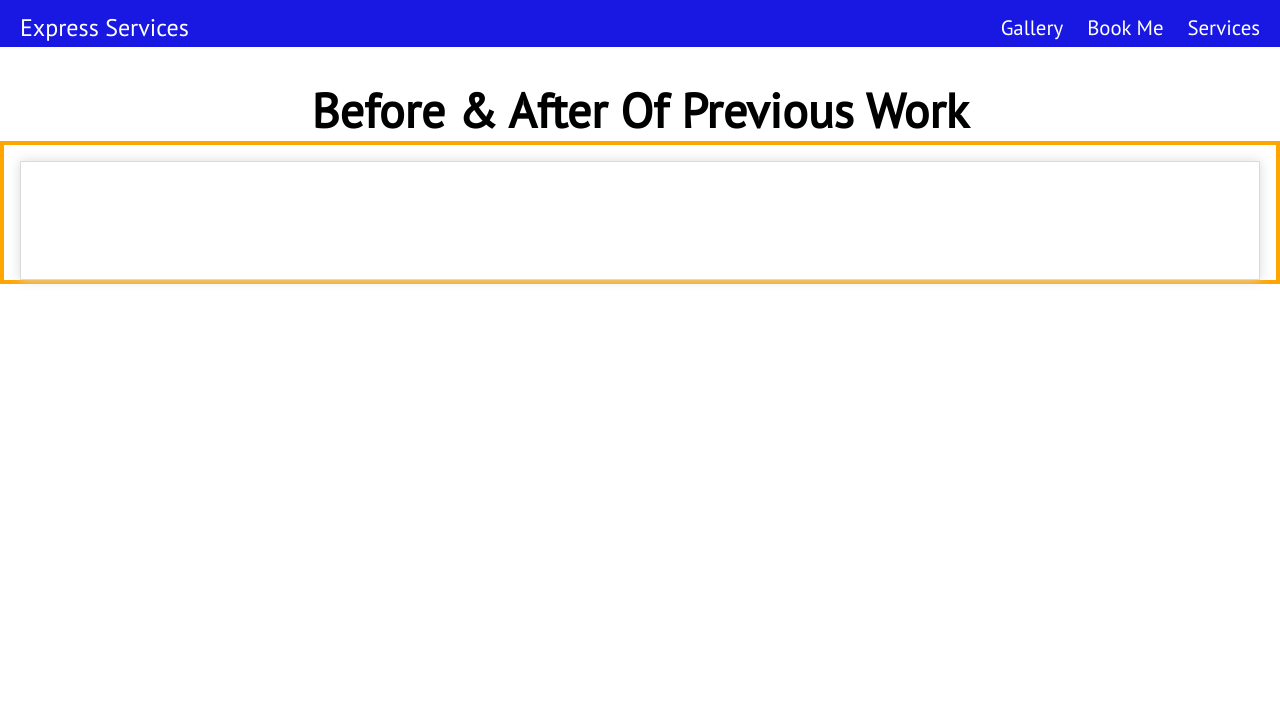
Repository: DrummerDee/mir-miami
Page: /Gallery (app in mr-miami/)
The author's editor kept a copy of each file at every save. The page is drawn from the files as they stood at one save, then again after the next save.
The browser window is 1280 px wide. The pictures show the whole page.
The project was rebuilt for these pictures with package versions that can differ from the ones it lists, and the page was loaded fresh each time. Also part of the build but not shown: mr-miami/src/Components/Services.js, mr-miami/src/Components/Homepage.js, mr-miami/src/Styles/Calendar.css, mr-miami/src/Components/Times.js, mr-miami/src/Components/Time.js, mr-miami/src/Components/BookMe.js.

Above is the page before, as saved 2022-09-09 13:20:19.

### mr-miami/public/index.html
<!DOCTYPE html>
<html lang="en">
  <head>
    <meta charset="utf-8" />
    <link rel="icon" href="%PUBLIC_URL%/favicon.ico" />
    <meta name="viewport" content="width=device-width, initial-scale=1" />
    <meta name="theme-color" content="#000000" />
    <meta
      name="description"
      content="Web site created using create-react-app"
    />
    <link rel="apple-touch-icon" href="%PUBLIC_URL%/logo192.png" />
    <!--
      manifest.json provides metadata used when your web app is installed on a
      user's mobile device or desktop. See https://developers.google.com/web/fundamentals/web-app-manifest/
    -->
    <link rel="manifest" href="%PUBLIC_URL%/manifest.json" />
    <!--
      Notice the use of %PUBLIC_URL% in the tags above.
      It will be replaced with the URL of the `public` folder during the build.
      Only files inside the `public` folder can be referenced from the HTML.

      Unlike "/favicon.ico" or "favicon.ico", "%PUBLIC_URL%/favicon.ico" will
      work correctly both with client-side routing and a non-root public URL.
      Learn how to configure a non-root public URL by running `npm run build`.
    -->
    <title>Exotic Express Services</title>
  </head>
  <body>
    <noscript>You need to enable JavaScript to run this app.</noscript>
    <div id="root"></div>
    <!--
      This HTML file is a template.
      If you open it directly in the browser, you will see an empty page.

      You can add webfonts, meta tags, or analytics to this file.
      The build step will place the bundled scripts into the <body> tag.

      To begin the development, run `npm start` or `yarn start`.
      To create a production bundle, use `npm run build` or `yarn build`.
    -->
  </body>
</html>

### mr-miami/src/App.js
import './Styles/App.css';
import { BrowserRouter as Router, Routes, Route } from "react-router-dom";
import Navbar from "./Components/Navbar";
import Services from "./Components/Services";
import Homepage from "./Components/Homepage";
import Gallery from "./Components/Gallery";
import BookMe from "./Components/BookMe";




function App() {
  return (
    <Router>
      <Navbar />
      <Routes>
        <Route path="/" element={<Homepage />} />
        <Route path="/Gallery" element={<Gallery />} />
        <Route path="/Services" element={<Services />} />
        <Route path="/BookMe" element={<BookMe />} />
      </Routes>
    </Router>
  );
}

export default App;

### mr-miami/src/Styles/App.css
@import url('https://fonts.googleapis.com/css2?family=IBM+Plex+Sans:wght@300&family=PT+Sans&display=swap');
* {
  box-sizing: border-box;
  margin: 0;
  padding: 0;
  font-family: 'PT Sans','IBM Plex Sans', sans-serif;
}

/* Gallery Page */
.gallery__body > h1 {
  font-size: 3rem;
  text-align: center;
  margin-top: 2rem;
}

.wrapper {
  display: flex;
  justify-content: center;
  align-items: center;
  border: 0.3rem solid orange;
  h
}
.container{
  width: 90%;
  display: grid;
  grid-template-columns: repeat(auto-fit, 25rem, 1fr);
  grid-gap: 4rem;
}
.frame {
  display: flex;
  border-radius: 0.3rem;
  position: relative;
  height: 50%;
}
img{
  transition: all linear 0.6s;
  border: 0.2rem solid rgb(199, 198, 198);
}
.bottom{
  position:absolute;
  top: 0;
  opacity: 0;
  left: 0;
}
.frame:hover img{
  opacity: 0;
  cursor: pointer;
}
.frame:hover img.bottom{
  opacity: 1;
}

### mr-miami/src/Components/Navbar.js
import {Link } from 'react-router-dom'; //put this on every single routing page


// This isn't a homepage, just functionality for Navbar in the homepage
const Navbar = () => {
  return (
      <nav className="nav">
        <Link className="Home" to="/"> Express Services </Link>
        <ul>
          <li><Link to="/Gallery">Gallery</Link></li>
          <li><Link to="/BookMe">Book Me</Link></li>
          <li><Link to="/Services">Services</Link></li>
        </ul>
      </nav>
  );
}
export default Navbar;

### mr-miami/src/Components/Gallery.js
import React from "react";
// import { LazyLoadImage } from 'react-lazy-load-image-component';
// import sinkbefore from '../Assets/sinkbefore.jpeg';
// import sinkafter from '../Assets/sinkafter.jpeg';
// import doorbefore from '../Assets/Doorbefore.jpeg';
// import doorafter from '../Assets/Doorafter.jpeg';
// import pavementbefore from '../Assets/pavementbefore.jpeg';
// import pavementafter from '../Assets/pavementafter.jpeg';
// import roofafter from '../Assets/roofafter.jpeg';
// import roofbefore from '../Assets/roofbefore.jpeg';



function Gallery() {
    return (
        <>
            <main className='gallery__body'>
                <h1> Before & After Of Previous Work </h1>
                <section className='wrapper'>
                    <div className="container">
                        <div className='frame'>
                            {/* <LazyLoadImage
                                src={sinkbefore}
                                width={400}
                                height={400}
                                effect='blur'
                                alt='broken sink'
                                className="top"
                            />
                            <LazyLoadImage
                                src={sinkafter}
                                width={400}
                                height={400}
                                effect='blur'
                                alt='broken sink'
                                className="bottom"
                            /> */}
                        </div>
                        <div className='frame'>
                            {/* <LazyLoadImage
                                src={doorbefore}
                                width={400}
                                height={400}
                                effect='blur'
                                alt='broken sink'
                                className="top"
                            />
                            <LazyLoadImage
                                src={doorafter}
                                width={400}
                                height={400}
                                effect='blur'
                                alt='broken sink'
                                className="bottom"
                            /> */}
                        </div>
                        <div className='frame'>
                {/* <LazyLoadImage
                    src={roofbefore}
                    width={400}
                    height={400}
                    effect='blur'
                    alt='broken sink'
                    className="top"
                />
                <LazyLoadImage
                    src={roofafter}
                    width={400}
                    height={400}
                    effect='blur'
                    alt='broken sink'
                    className="bottom"
                /> */}
            </div>
            </div>
                </section>
            </main>

        </>
    );
}










export default Gallery

### mr-miami/src/Styles/Services.css
.servicesBody {
    display: flex;
    justify-content: center;
    align-content: center;
    align-items: center;
    flex-direction: row;
    margin-top: 2rem;
}

.container {
    border: 0.1rem solid rgb(219, 218, 218);
    display: flex;
    width: 95%;
    height: 90%;
    align-items: center;
    justify-content: center;
    box-shadow: 0 0 0.7rem 0 rgb(219, 218, 218);
    color: black;
}
.container > h2 {
    font-size: 1.5rem;
}

#mow {
    overflow: hidden;
    width: 120%;
    height: 100%;
}
.dropdown{
    position: relative;
    display: inline-block;
}
  .dropdown__content {
    display: none;
    text-align: center;
    position: absolute;
    background-color: #ffff;
    width: 13rem;
    height: 15rem;
    box-shadow: 0 0.3rem 1rem 0 rgba(0,0,0,0.2);
    padding: 1.5rem 0.5rem;
    z-index: 1;
  }
  .dropdown:hover .dropdown__content {
    display: block;
    transition: ease 0.3s all;
  }
  .dropdown h2:hover{
    cursor: pointer;
    color: rgb(20, 32, 244);
    border-bottom: 0.3rem solid rgb(219, 218, 218);
  }
  .dropdown__content > ul {
    list-style-type: none;
    font-size: 1.5rem;
    line-height: 2rem;
  }

### mr-miami/src/Styles/Homepage.css
* {
  box-sizing: border-box;
  margin: 0;
  padding: 0;
}

.homeBody {
  position: relative;
  height: 95vh;
  overflow: hidden;
}

.nav {
  background-color: rgb(24, 24, 226);
  color: white;
  display: flex;
  justify-content: space-between;
  align-items: stretch;
  gap: 2rem;
  padding: 0 1rem;
  padding-top: 0.5rem;
  font-size: 1.3rem;
}

.nav ul {
  padding: 0%;
  margin: 0;
  list-style: none;
  display: flex;
  gap: 1rem;
}

.Home {
  font-size: 1.5rem;
}

.nav a {
  display: flex;
  align-items: center;
  color: inherit;
  text-decoration: none;
  height: 100%;
  padding: 0.25rem;
}

.nav li:hover {
  border-top: white 0.2rem solid;
  transition: all 0.3s ease-out;
  padding: 0.25rem;
}

.home {
  display: flex;
  flex-direction: column;
  justify-content: center;
  align-items: center;
}

.homeBody .text {
  background-image: url('../Assets/background.png');
  background-repeat: no-repeat;
  background-size: cover;
  height: 100vh;
  color: white;
  display: flex;
  flex-direction: column;
  align-items: center;
  font-weight: 300;
}

.homeBody .text .homeMainText {
  color: white;
  border-top: 0.4rem solid black;
  border-bottom: 0.4rem solid black;
  font-size: 5rem;
  padding: 0.5rem 0 0.5rem 0;
  margin-top: 6.5rem;
}

.homeBody .text>h3 {
  font-size: 1.2rem;
  padding-top: 2rem;
}

.homeBody .text>h4 {
  font-size: 1.5rem;
  margin: 0;
}

.homeBody .text>p {
  margin-top: 15rem;
  font-size: 1.5rem;
  font-weight: 600;
}

### mr-miami/src/Styles/Times.css
.Modal,
.Overlay {
    width: 100vw;
    height: 100vh;
    top: 0;
    left: 0;
    right: 0;
    bottom: 0;
    position: fixed;
}

.container {
    width: 100%;
    display: flex;
    flex-direction: column;
    height: 72%;
    overflow: hidden;
    gap: 0.5rem;
    padding: 1rem 0 0 1rem;
    margin: 1rem 1rem 0 1rem;
    overflow: auto;
    justify-content: center;

}

.times {
    display: column;
    flex-wrap: wrap;
    width: 45%;
    box-shadow: 0 0.1rem 0.2rem rgb(#888888, 0.3);
    border: 0.3rem dashed yellow;
}

.Overlay {
    background: rgba(49, 49, 49, 0.8);
}

.Content {
    position: absolute;
    top: 50%;
    left: 50%;
    transform: translate(-50%, -50%);
    background: #f1f1f1;
    height: 88%;
    border-radius: 3px;
    border: 0.3rem solid rgba(49, 49, 49, 0.8);
    overflow: hidden;
    display: flex;
    justify-content: center;
}

.Close {
    position: absolute;
    top: 1.5rem;
    right: 1.5rem;
    padding: 0.5rem 0.8rem;
    cursor: pointer;
}

.container > div {
    height: 6%;
    width: 55%;
    display: flex;
    flex-direction: column;
    margin-bottom: 0.4rem;
}
.container > div:first-child{
    margin-top: 4rem;
}
.container > div:last-child{
    margin-bottom: 0.5rem;
}

.container > div > button {
    background-color: rgb(196, 196, 198);
    border-radius: 0.3rem;
    padding: 0.3rem 0.5rem 0.3rem 0.5rem;
    border-radius: 0.4rem;
    display: flex;
    justify-content: center;
    align-items: center;
    font-size: 1rem;
}

.container > div > button:hover {
    background-color: #3a54c9;
    transition: all 0.3s;
    color: #FFF;
    cursor: pointer;
}

.text {
    width: 100%;
    height: 6%;
    text-align: center;
    font-size: 1.3rem;
    font-weight: 500;
    margin-bottom: 0.5rem;
}

#confirm {
    padding: 0.8rem 1rem 0.8rem 1rem;
    border-radius: 0.8rem;
    background-color: rgb(196, 196, 198);
    position: fixed;
    margin-top: 0.5rem;
    top: 33rem;
}

#confirm a {
    color: black;
    text-decoration: none;
}

#confirm:hover {
    background-color: #3a54c9;
    transition: all 0.3s;
    color: #FFF;
    cursor: pointer;
}

Loaded but not shown: mr-miami/src/index.js (common file); mr-miami/src/reportWebVitals.js (common file)

After the next save:
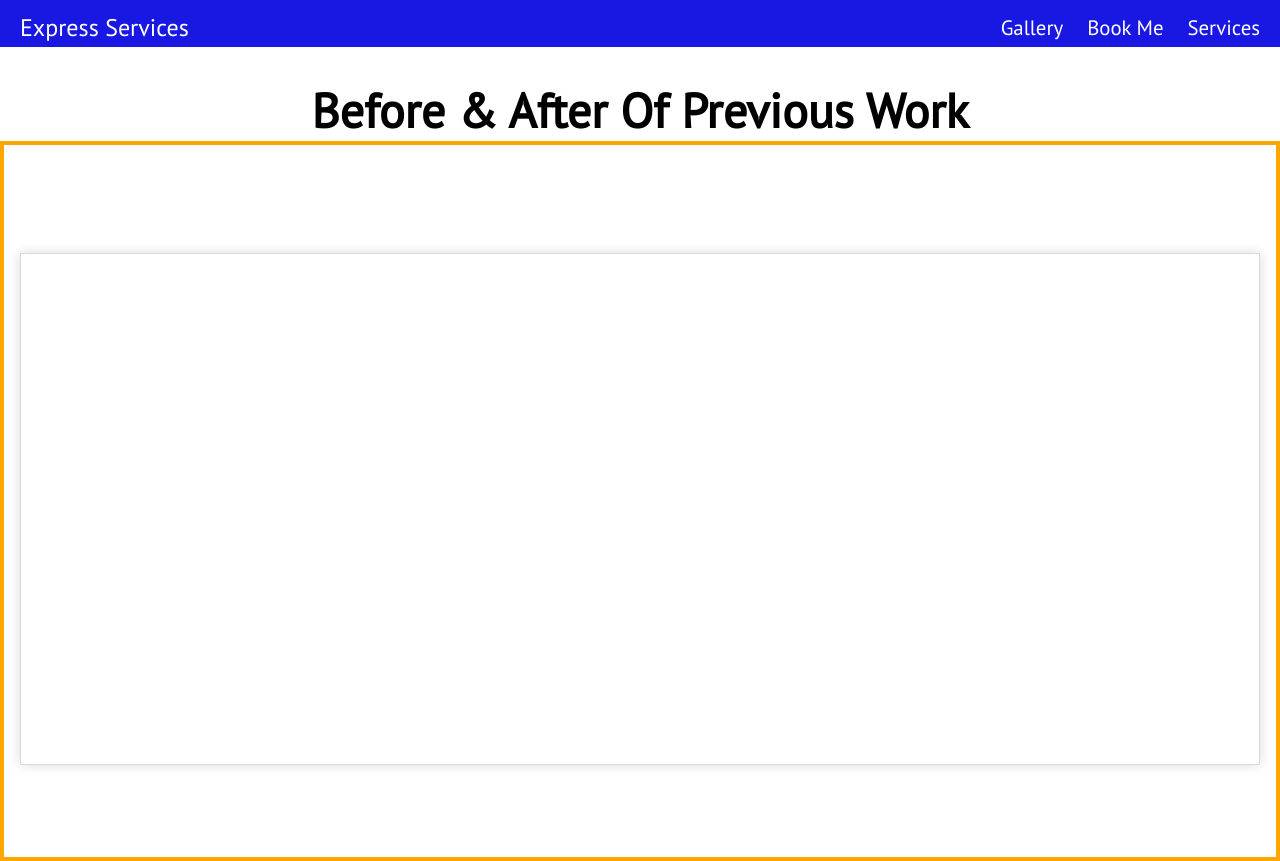
Saved 4 s later.
--- a/mr-miami/src/Styles/App.css
+++ b/mr-miami/src/Styles/App.css
@@ -18,7 +18,7 @@
   justify-content: center;
   align-items: center;
   border: 0.3rem solid orange;
-  h
+  height: 100vh;
 }
 .container{
   width: 90%;
